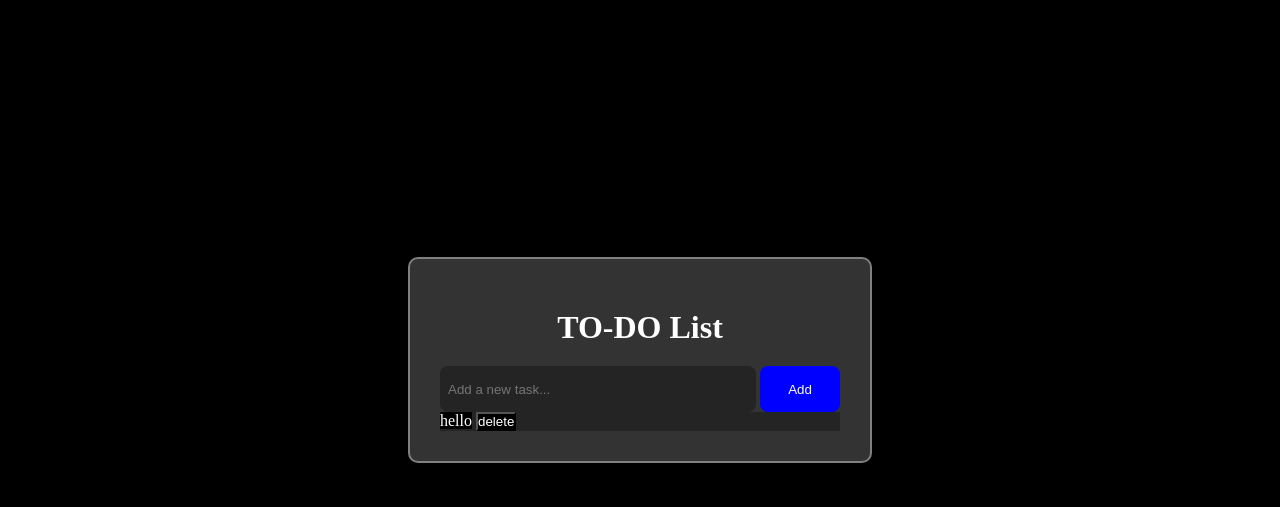
Repository: ksusmitha879-cyber/todo-list
Page: index.html
The author's editor kept a copy of each file at every save. The page is drawn from the files as they stood at one save, then again after a run of saves.
The browser window is 1280 px wide. The pictures show the whole page.

Above is the page before, as saved 2025-11-28 02:37:25.

After the next 2 saves:
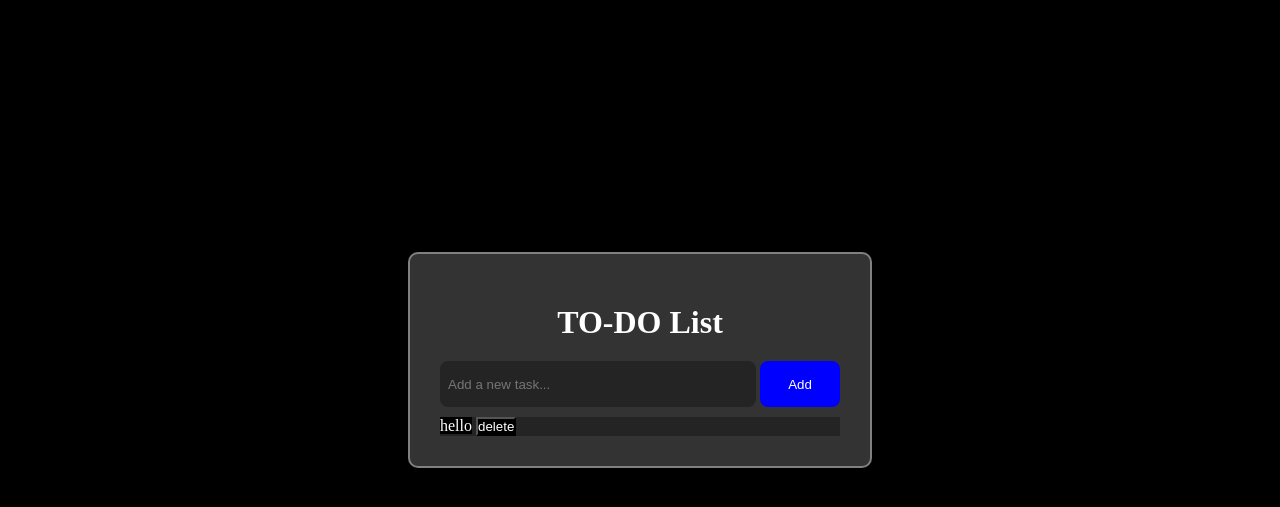
The 2 saves are shown as one change because they came seconds apart.
The last was saved 8 s later.
--- a/style.css
+++ b/style.css
@@ -56,5 +56,6 @@ ul{
 li{
     background-color: #252424;
     list-style: none;
-    mar
+    margin-top: 10px;
+
 }
